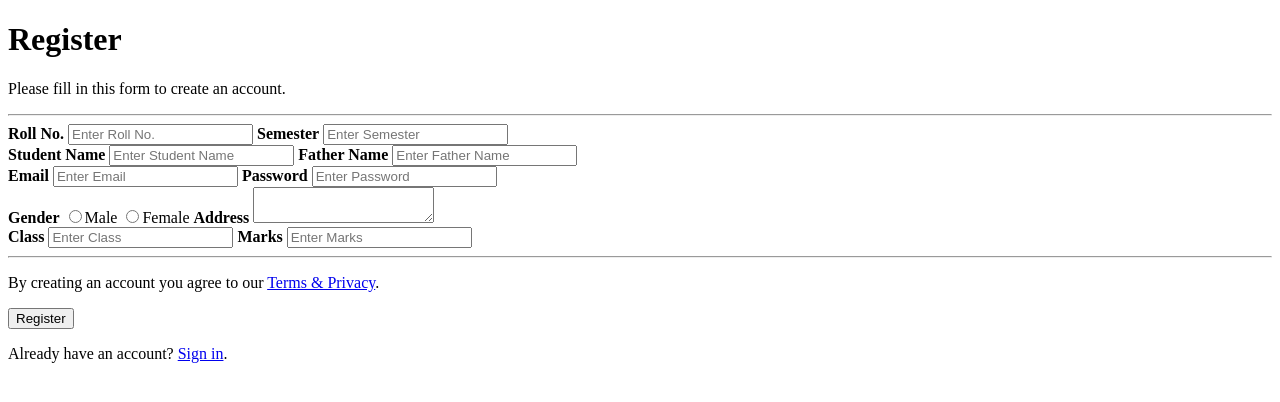
Repository: laxmichauhan/Student-Data-Insertion
Page: Application1/WebContent/register.html
An editor plug-in stored every save of this project. The page is shown before and after the next save, followed by the edit.
The browser window is 1280 px wide. The pictures show the whole page.

Above is the page before, as saved 2019-02-19 07:25:15.

After the next save:
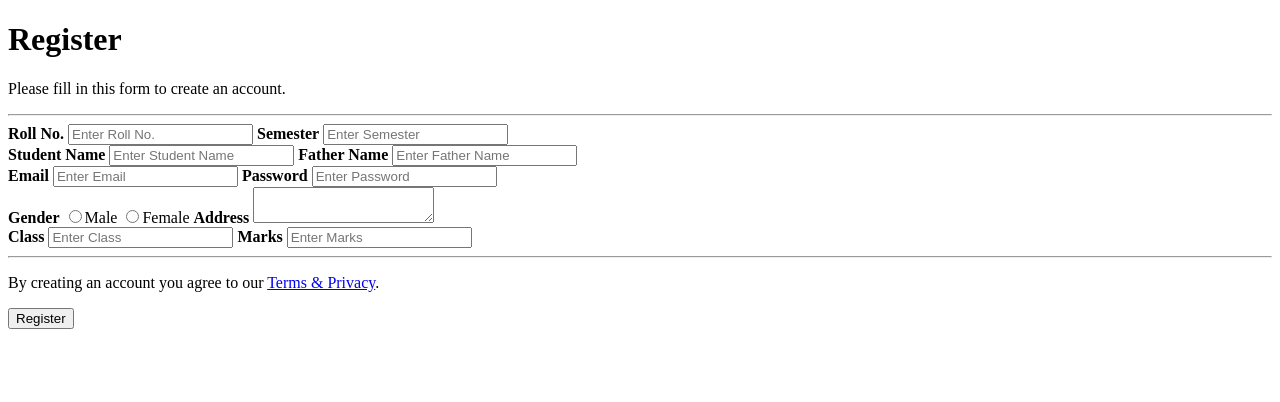
Saved 35 s later.
--- a/Application1/WebContent/register.html
+++ b/Application1/WebContent/register.html
@@ -45,10 +45,6 @@
     <p>By creating an account you agree to our <a href="#">Terms & Privacy</a>.</p>
     <button type="submit" class="registerbtn">Register</button>
   </div>
-
-  <div class="container signin">
-    <p>Already have an account? <a href="#">Sign in</a>.</p>
-  </div>
 </form>
 </form>
 
